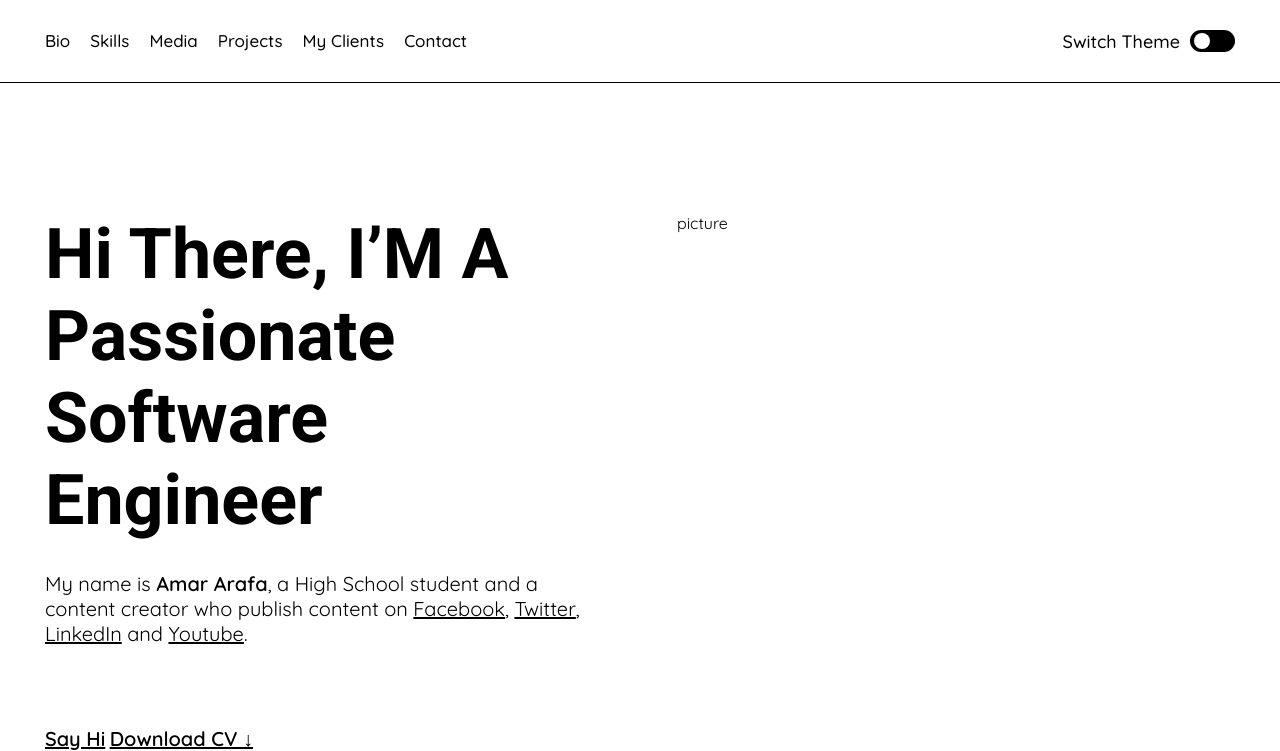
Repository: benarafa1/personal-website
Page: index.html
An editor plug-in stored every save of this project. The page is shown before and after the next save, followed by the edit.
The browser window is 1280 px wide. The pictures show the whole page.

Above is the page before, as saved 2025-04-12 07:47:26.

### index.html
<!DOCTYPE html>
<html lang="en">
  <head>
    <meta charset="UTF-8" />
    <meta name="viewport" content="width=device-width, initial-scale=1.0" />
    <link rel="preconnect" href="https://fonts.googleapis.com" />
    <link rel="preconnect" href="https://fonts.gstatic.com" crossorigin />
    <link rel="preconnect" href="https://fonts.googleapis.com" />
    <link rel="preconnect" href="https://fonts.gstatic.com" crossorigin />
    <link
      href="https://fonts.googleapis.com/css2?family=Quicksand:wght@300..700&family=Roboto:ital,wght@0,100;0,300;0,400;0,500;0,700;0,900;1,100;1,300;1,400;1,500;1,700;1,900&display=swap"
      rel="stylesheet"
    />

    <link rel="stylesheet" href="style.css" />
    <title>Amar Arafa</title>
  </head>

  <body>
    <div class="container">
      <header class="header">
        <nav class="navigation">
          <ul class="navigation__list">
            <li><a class="navigation__link" href="#">Bio</a></li>
            <li><a class="navigation__link" href="#">Skills</a></li>
            <li><a class="navigation__link" href="#">Media</a></li>
            <li><a class="navigation__link" href="#">Projects</a></li>
            <li><a class="navigation__link" href="#">My Clients</a></li>
            <li><a class="navigation__link" href="#">Contact</a></li>
          </ul>
        </nav>
        <div class="toggle">
          <h3 class="toggle__title">Switch Theme</h3>
          <input
            type="checkbox"
            name="toggle__checkbox"
            id="checkbox"
            class="toggle__checkbox"
          />
          <label for="checkbox" class="toggle__label"></label>
        </div>
      </header>
      <section class="bio section">
        <div class="bio__data-part">
          <h1 class="bio__heading">
            Hi There, I’M A Passionate Software Engineer
          </h1>
          <p class="bio__objective">
            My name is <span class="bio__name">Amar Arafa</span>, a High School
            student and a content creator who publish content on
            <a href="#" class="bio__Facebook">Facebook</a>,
            <a href="#" class="bio__Twitter">Twitter</a>,
            <a href="#" class="bio__LinkedIn">LinkedIn</a> and
            <a href="#" class="bio__Youtube">Youtube</a>.
          </p>
          <a href="#" class="bio__links say-hi-link">Say Hi</a>
          <a href="#" class="bio__links download-cv-link"
            >Download CV <span class="bio__arrow">↓</span></a
          >
        </div>
        <div class="bio__pic-part">picture</div>
      </section>
    </div>
  </body>
</html>

### style.css
:root {
  --container-width: 119rem;
  --gutter: 2rem;
  --color-black: #000;
  --color-white: #fff;
  --color-blue: #2374e1;
  --color-light-blue: #1d9bf0;
  --color-dark-blue: #0a66c2;
  --color-darker-blue: #143ce8;
  --color-red: #ff0000;
  --color-green: #03a696;
  --color-grey: #f6f6f6;
  --color-dark-green: #42959b;
  --color-background: var(--color-white);
  --color-text: var(--color-black);
  --color-box-img: var(--color-black);
  --color-link-bg: var(--color-black);
  --color-input-border: var(--color-black);
  --font-family-Roboto: "Roboto", sans-serif;
  --font-family-Quicksand: "Quicksand", sans-serif;
  --font-weight-regular: 400;
  --font-weight-medium: 500;
  --font-weight-semi-bold: 600;
  --font-weight-bold: 700;
  --font-size-70: 7rem;
  --font-size-65: 6.5rem;
  --font-size-40: 4rem;
  --font-size-38: 3.8rem;
  --font-size-24: 2.4rem;
  --font-size-22: 2.2rem;
  --font-size-20: 2rem;
  --font-size-18: 1.8rem;
  --font-size-15: 1.5rem;
  --transition-timing: 0.3s;
}

/* start CSS Reset */
*,
*::before,
*::after {
  box-sizing: border-box;
  margin: 0;
  padding: 0;
  font: inherit;
}

a {
  color: inherit;
  display: inline-block;
}

button {
  background-color: transparent;
  border: none;
  cursor: pointer;
}

ul,
ol {
  list-style: none;
}
/* end CSS Reset */

body {
  font-size: 1.6rem;
  font-family: var(--font-family-Quicksand);
}

html {
  font-size: 62.5%;
  scroll-behavior: smooth;
  scroll-padding-top: 11rem;
}

.container {
  margin: 0 auto;
  width: var(--container-width);
}

.navigation__list {
  display: flex;
  gap: 2rem;
}
.navigation__link:link,
.navigation__link:visited {
  font-weight: var(--font-weight-medium);
  text-decoration: none;
  font-size: 1.7rem;
}

.navigation__link:hover,
.navigation__link:active {
  text-decoration: underline;
}

.header {
  position: relative;
  padding: 3rem 0;
  display: flex;
  justify-content: center;
}
.header::before {
  content: "";
  position: absolute;
  height: 100%;
  width: 100vw;
  top: 0;
  z-index: -1;
  border-bottom: 0.1rem solid var(--color-input-border);
}

/* toggle start */
.toggle {
  display: flex;
  gap: 1rem;
  margin-left: auto;
}
.toggle__title {
  font-weight: var(--font-weight-medium);
  font-size: var(--font-size-18);
}
.toggle__checkbox {
  display: none;
}

.toggle__label {
  display: block;
  width: 4.5rem;
  height: 2.2rem;
  border-radius: 1.5rem;
  background-color: var(--color-black);
  cursor: pointer;
  padding: 0.3rem 0.4rem;
  transition: var(--transition-timing);
}

.toggle__label::before {
  content: "";
  display: block;
  width: 1.6rem;
  height: 1.6rem;
  border-radius: 50%;
  background-color: var(--color-white);
  transition: var(--transition-timing);
}

.toggle__checkbox:checked + .toggle__label {
  background-color: var(--color-white);
}
.toggle__checkbox:checked + .toggle__label::before {
  background-color: var(--color-black);
  transform: translateX(2.1rem);
}
/* toggle end */
.section {
  display: grid;
  align-items: start;
}
/* bio component start */
.bio {
  margin-top: 13rem;
  grid-template-columns: repeat(2, 1fr);
  gap: 7.4rem;
}

.bio__heading {
  font-family: var(--font-family-Roboto);
  font-size: var(--font-size-70);
  font-weight: var(--font-weight-bold);
}
.bio__objective {
  font-weight: var(--font-weight-regular);
  font-size: var(--font-size-20);
  margin: 3rem 0 8rem;
}
.bio__name {
  font-weight: var(--font-weight-semi-bold);
}
.bio__links{
  font-size: var(--font-size-20);
  font-weight: var(--font-weight-semi-bold);
}
.
/* bio component end */

After the next save:
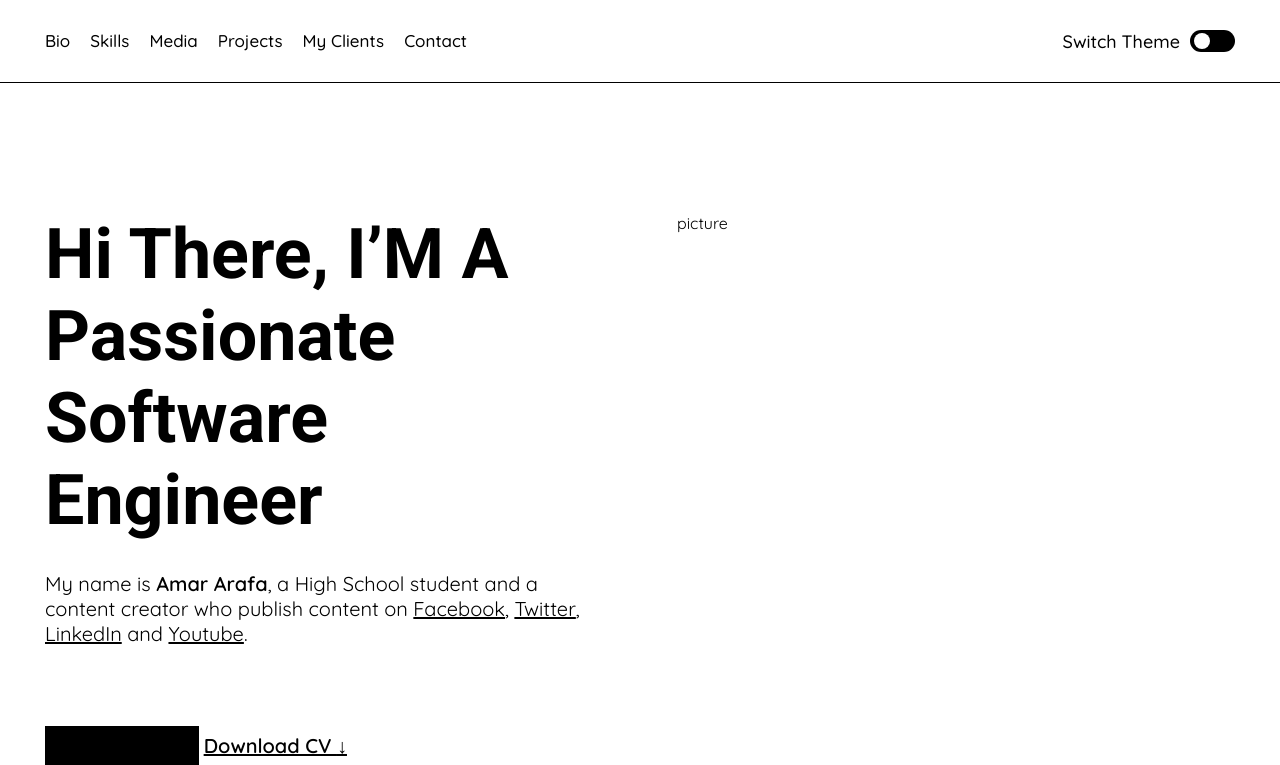
Saved 73 s later.
--- a/style.css
+++ b/style.css
@@ -176,9 +176,12 @@ html {
 .bio__name {
   font-weight: var(--font-weight-semi-bold);
 }
-.bio__links{
+.bio__links {
   font-size: var(--font-size-20);
   font-weight: var(--font-weight-semi-bold);
 }
-.
-/* bio component end */
+.say-hi-link {
+  padding: 0.7rem 4.7rem;
+  background-color: var(--color-black);
+}
+.do/* bio component end */;
